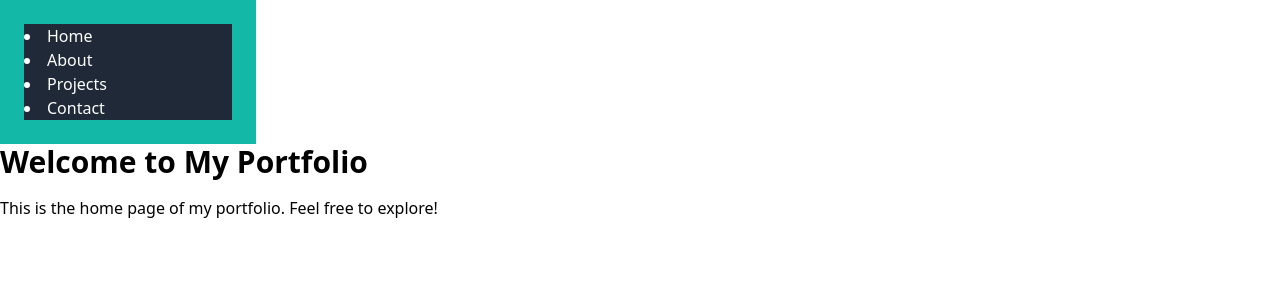
Repository: feyroozecode/feyroozecode.github.io
Page: index.html
An editor plug-in stored every save of this project. The page is shown before and after the next save, followed by the edit.
The browser window is 1280 px wide. The pictures show the whole page.
Some web libraries are served in a nearby version.

Above is the page before, as saved 2023-11-30 21:32:14.

### index.html
<!DOCTYPE html>
<html lang="en">
<head>
  <meta charset="UTF-8">
  <meta name="viewport" content="width=device-width, initial-scale=1.0">
  <title>Portfolio SPA</title>
  <link rel="stylesheet" href="https://cdn.jsdelivr.net/npm/tailwindcss@2.2.19/dist/tailwind.min.css">
  <style>
    body {
            @apply font-sans bg-gray-100;
            }

            #app {
                @apply flex h-screen bg-gray-200;
            }

            /* Sidebar Styles */
            .sidebar {
                @apply bg-indigo-700 text-white w-64 py-8 px-4;
            }

            .sidebar h1 {
                @apply text-xl font-semibold mb-4;
            }

            .sidebar nav ul li {
                @apply mb-2 p-2 rounded cursor-pointer;
            }

            .sidebar nav ul li:hover,
            .sidebar nav ul li:focus {
                @apply bg-indigo-800;
            }

            /* Content Styles */
            .content {
                @apply flex-1 p-8;
            }

            .content h2 {
                @apply text-3xl font-semibold mb-4;
            }
  </style>

  <script src="https://cdn.tailwindcss.com"></script>

</head>
</head>
<body>

    <!-- sidebar-->
<header class="text-white">
    <aside class="bg-teal-500 w-64 p-6">
    <nav class="bg-gray-800">
        <li>
            <a href="#" onclick="navigateTo('home')">Home</a>
        </li>
       <li>
         <a href="#" onclick="navigateTo('about')">About</a>
       </li>
       <li>
         <a href="#" onclick="navigateTo('projects')">Projects</a>
       </li>
        <li>
          <a href="#" onclick="navigateTo('contact')">Contact</a>
        </li>
    </nav>
    </aside>
</header>

<main id="app">

</main>

<script>
  function navigateTo(page) {
    switch (page) {
      case 'home':
        renderHome();
        break;
      case 'about':
        renderAbout();
        break;
      case 'projects':
        renderProjects();
        break;
      case 'contact':
        renderContact();
        break;
      default:
        renderHome();
    }
  }

  const home = ` <h2 class="text-3xl font-bold mb-4">Welcome to My Portfolio</h2>
      <p>This is the home page of my portfolio. Feel free to explore!</p>
    `
  const about = `
      <h2 class="text-3xl font-bold mb-4">About Me</h2>
      <p>This is the about me section of my portfolio. Learn more about who I am and my skills.</p>
    `
  const projects = `
      <h2 class="text-3xl font-bold mb-4">My Projects</h2>
      <p>Explore the projects I have worked on in this section.</p>
    `
  const contact =  `
      <h2 class="text-3xl font-bold mb-4">Contact Me</h2>
      <p>Feel free to contact me through the provided information.</p>
    `

  function renderHome() {
    document.getElementById('app').innerHTML = home ;
  }

  function renderAbout() {
    document.getElementById('app').innerHTML = about ;
  }

  function renderProjects() {
    document.getElementById('app').innerHTML = projects;
  }

  function renderContact() {
    document.getElementById('app').innerHTML = contact ;
  }

  // Initial load
  navigateTo('home');
</script>

</body>
</html>

After the next save:
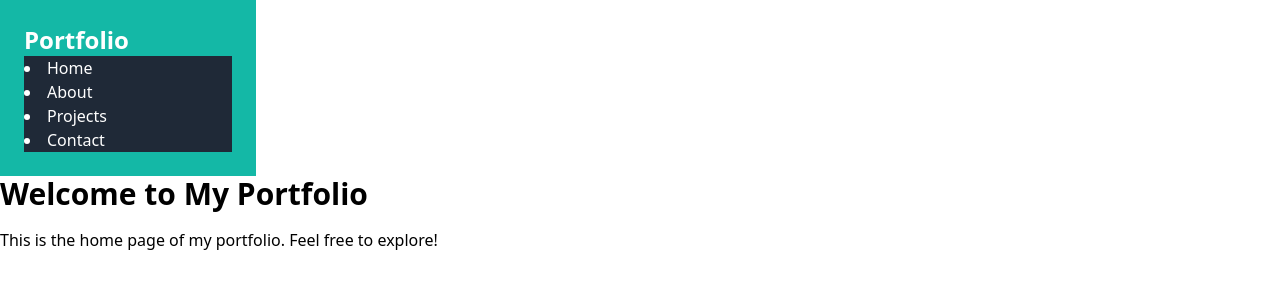
Saved 32 s later.
--- a/index.html
+++ b/index.html
@@ -51,6 +51,7 @@
     <!-- sidebar-->
 <header class="text-white">
     <aside class="bg-teal-500 w-64 p-6">
+         <h1 class="text-2xl font-semibold text-white">Portfolio</h1>
     <nav class="bg-gray-800">
         <li>
             <a href="#" onclick="navigateTo('home')">Home</a>
